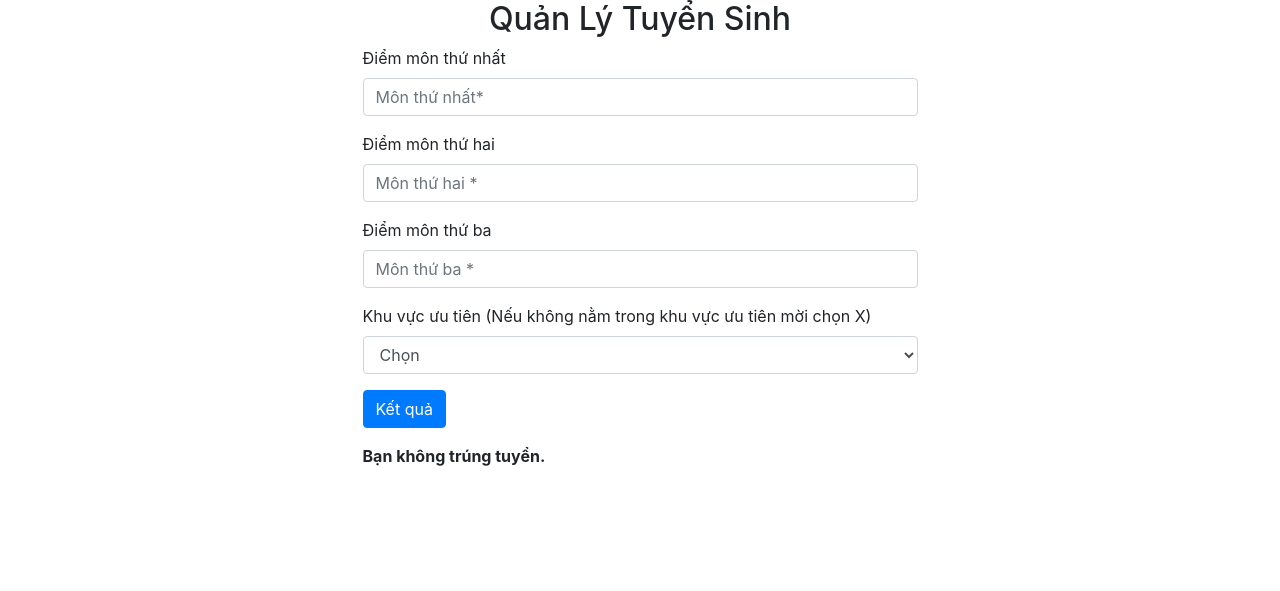
Repository: dovanthao2404/BC14_BaiTap_JS_Buoi_5_dovanthao
Page: html/bai1.html
An editor plug-in stored every save of this project. The page is shown before and after the next save, followed by the edit.
The browser window is 1280 px wide. The pictures show the whole page.

Above is the page before, as saved 2021-07-03 20:23:34.

After the next save:
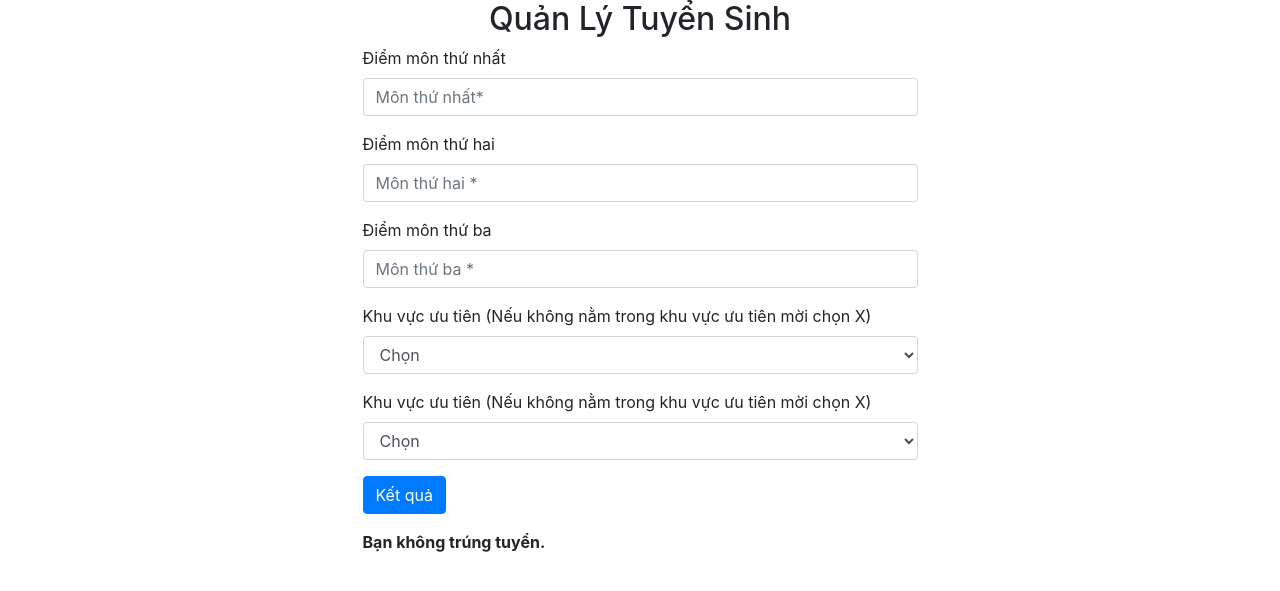
Saved 5 s later.
--- a/html/bai1.html
+++ b/html/bai1.html
@@ -46,6 +46,17 @@
           </select>
           <span></span>
         </div>
+        <div class="form-group">
+          <label for="areaScores">Khu vực ưu tiên (Nếu không nằm trong khu vực ưu tiên mời chọn X)</label>
+          <select class="form-control" id="area">
+            <option selected>Chọn</option>
+            <option>A</option>
+            <option>B</option>
+            <option>C</option>
+            <option>X</option>
+          </select>
+          <span></span>
+        </div>
         <button id="result" type="button" class="btn btn-primary">Kết quả</button>
       </form>
       <div class="mt-3 w-50 mx-auto">
